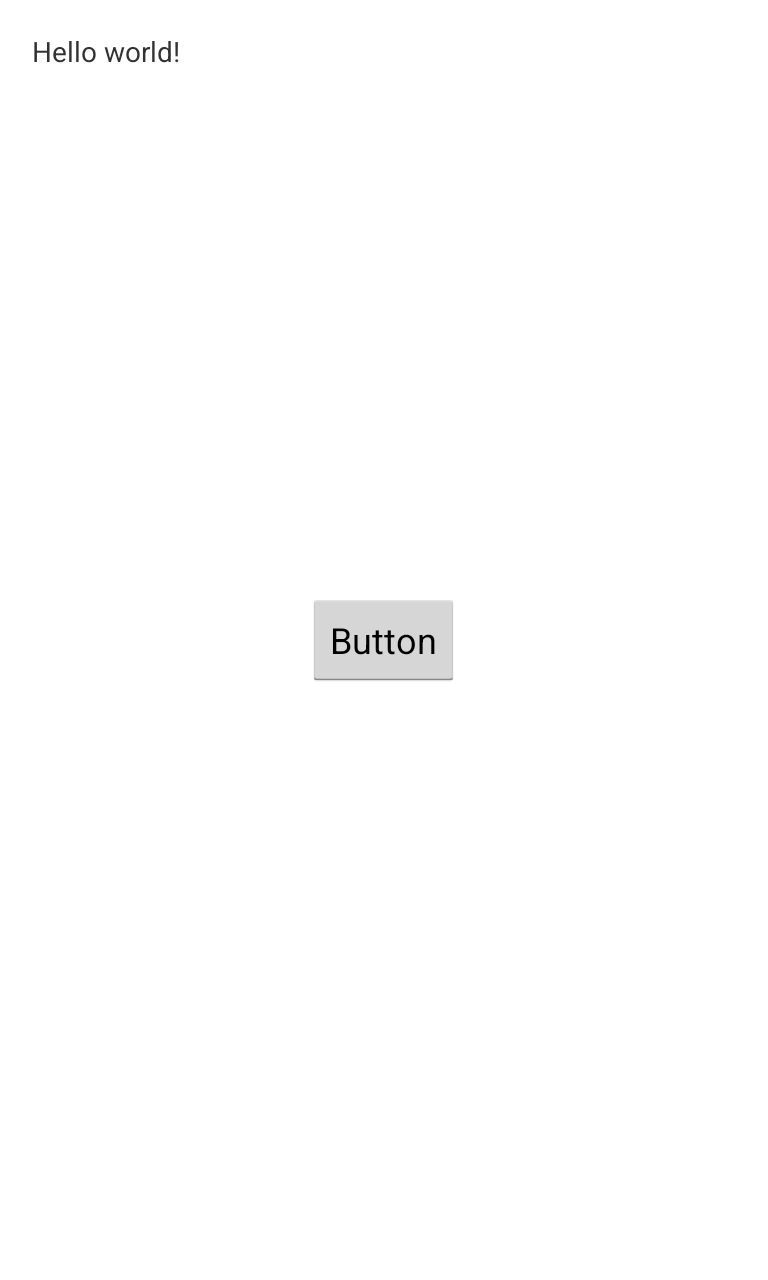
Repository: 1000copy/android-sample
Layout: sam.Intent/res/layout/activity_main.xml
The author's editor kept a copy of each file at every save. The layout is drawn from the files as they stood at one save, then again after the next save.
It is drawn on a 768 x 1280 px phone screen (xhdpi) without system bars, with theme AppTheme; the app's code is not run.

Above is the layout before, as saved 2013-02-25 06:02:31.

### sam.Intent/res/layout/activity_main.xml
<RelativeLayout xmlns:android="http://schemas.android.com/apk/res/android"
    xmlns:tools="http://schemas.android.com/tools"
    android:layout_width="match_parent"
    android:layout_height="match_parent"
    android:paddingBottom="@dimen/activity_vertical_margin"
    android:paddingLeft="@dimen/activity_horizontal_margin"
    android:paddingRight="@dimen/activity_horizontal_margin"
    android:paddingTop="@dimen/activity_vertical_margin"
    tools:context=".MainActivity" >

    <TextView
        android:layout_width="wrap_content"
        android:layout_height="wrap_content"
        android:text="@string/hello_world" />

    <Button
        android:id="@+id/button1"
        android:layout_width="wrap_content"
        android:layout_height="wrap_content"
        android:layout_centerHorizontal="true"
        android:layout_centerVertical="true"
        android:onClick="goMore"
        android:text="Button" />

</RelativeLayout>

### sam.Intent/res/values/strings.xml
<?xml version="1.0" encoding="utf-8"?>
<resources>

    <string name="app_name">sam.Intent</string>
    <string name="action_settings">Settings</string>
    <string name="hello_world">Hello world!</string>
    <string name="title_activity_more">MoreActivity</string>

</resources>

Loaded but not shown: sam.Intent/res/values/styles.xml (common file); sam.Intent/res/values-v11/styles.xml (common file); sam.Intent/res/values-v14/styles.xml (common file); sam.Intent/res/values/dimens.xml (common file)

After the next save:
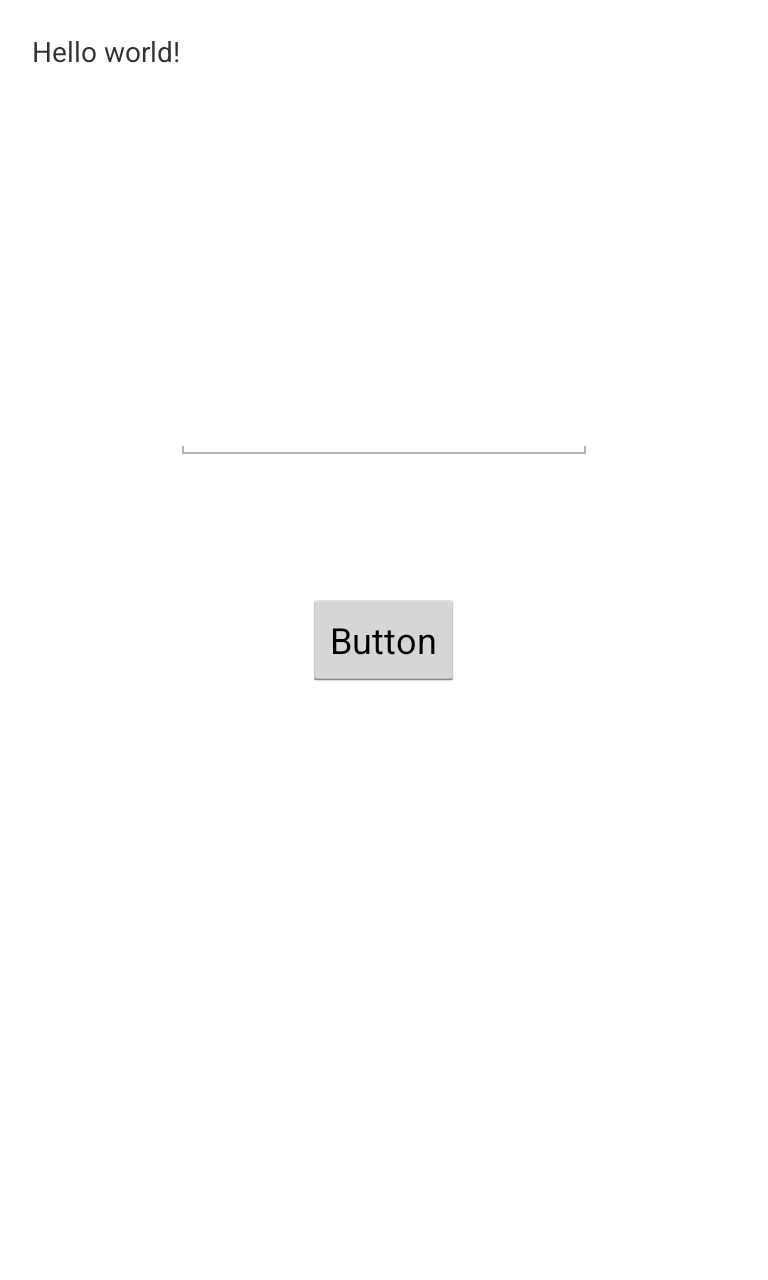
Saved 22 s later.
--- a/sam.Intent/res/layout/activity_main.xml
+++ b/sam.Intent/res/layout/activity_main.xml
@@ -9,6 +9,7 @@
     tools:context=".MainActivity" >
 
     <TextView
+        android:id="@+id/textView1"
         android:layout_width="wrap_content"
         android:layout_height="wrap_content"
         android:text="@string/hello_world" />
@@ -22,4 +23,13 @@
         android:onClick="goMore"
         android:text="Button" />
 
+    <EditText
+        android:id="@+id/editText1"
+        android:layout_width="wrap_content"
+        android:layout_height="wrap_content"
+        android:layout_above="@+id/button1"
+        android:layout_centerHorizontal="true"
+        android:layout_marginBottom="65dp"
+        android:ems="10" />
+
 </RelativeLayout>
